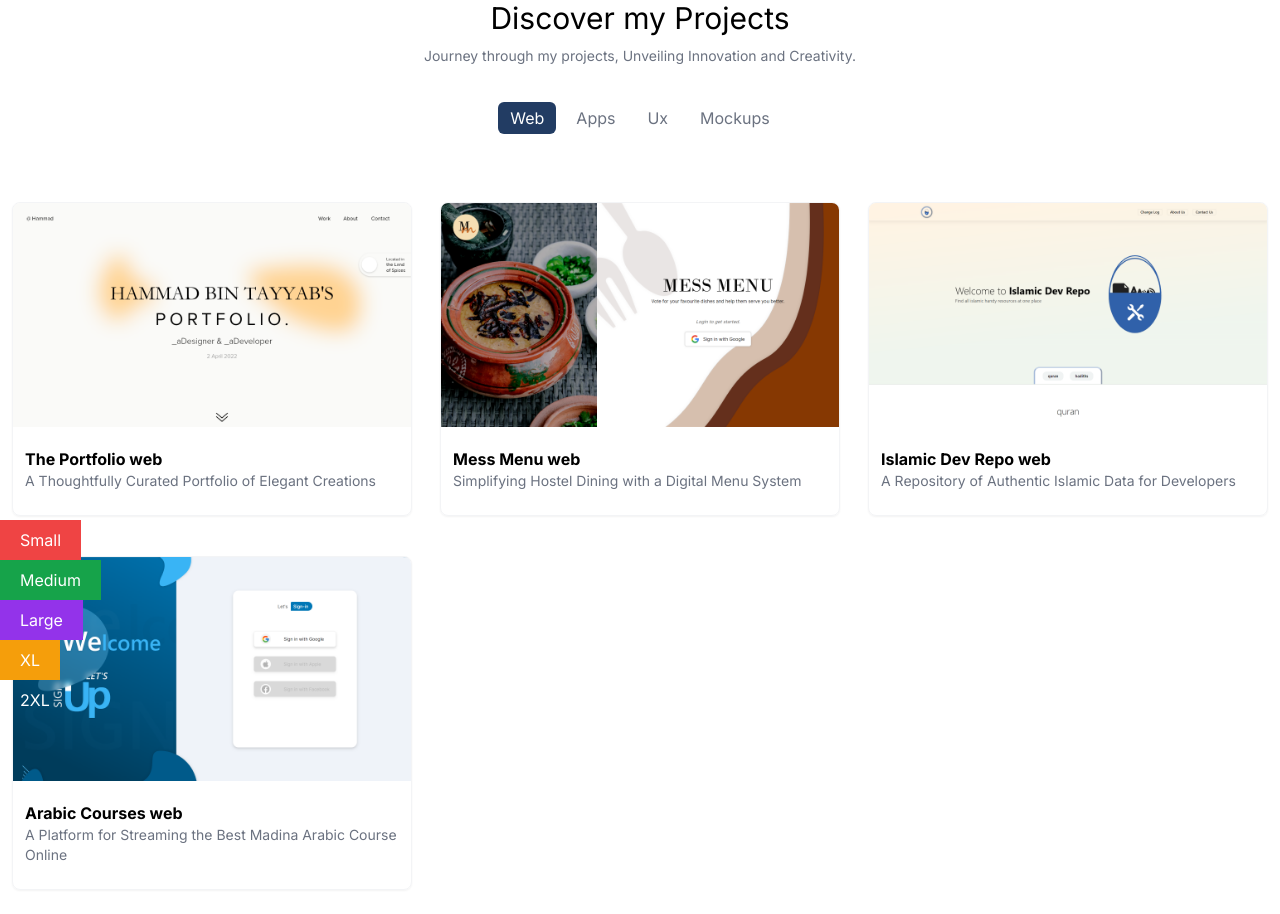
Repository: SpicierEwe/my_portfolio_v2
Page: /
These files come from the project's save history. The page is drawn as it stood at one moment and after the next save; the edit follows.
The browser window is 1280 px wide. The pictures show the whole page.
The project was rebuilt for these pictures with package versions that can differ from the ones it lists, and the page was loaded fresh each time. The framework's server and built-in components were replaced by stand-ins that run in the browser. Also part of the build but not shown: next.config.js, core/utils/customIcons.js, core/utils/utils.tsx, core/db/sub_db_data/ux_db.js.

Above is the page before, as saved 2024-04-22 12:05:14.

After the next save:
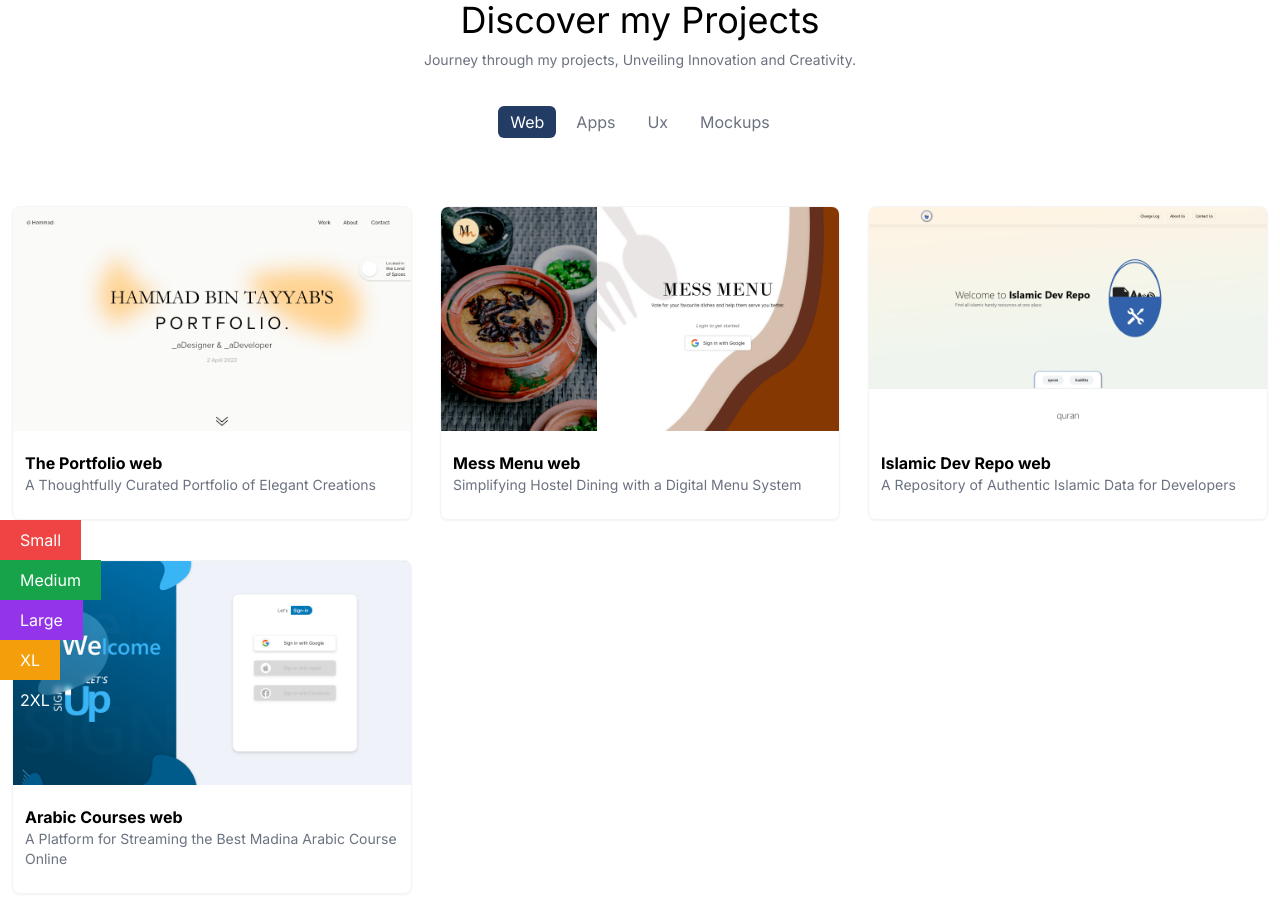
Saved 26 s later.
--- a/Components/Work_section/work_section.tsx
+++ b/Components/Work_section/work_section.tsx
@@ -12,7 +12,7 @@ export default function WorkSection() {
     <section className="">
       {/* header */}
       <header className="flex flex-col items-center pt-7 md:pt-14">
-        <h2 className="text-center text-2xl md:text-3xl">
+        <h2 className="text-center text-2xl md:text-3xl lg:text-4xl">
           Discover my Projects
         </h2>
         <p className="text-center text-sm mt-2.5 text-gray-500">
